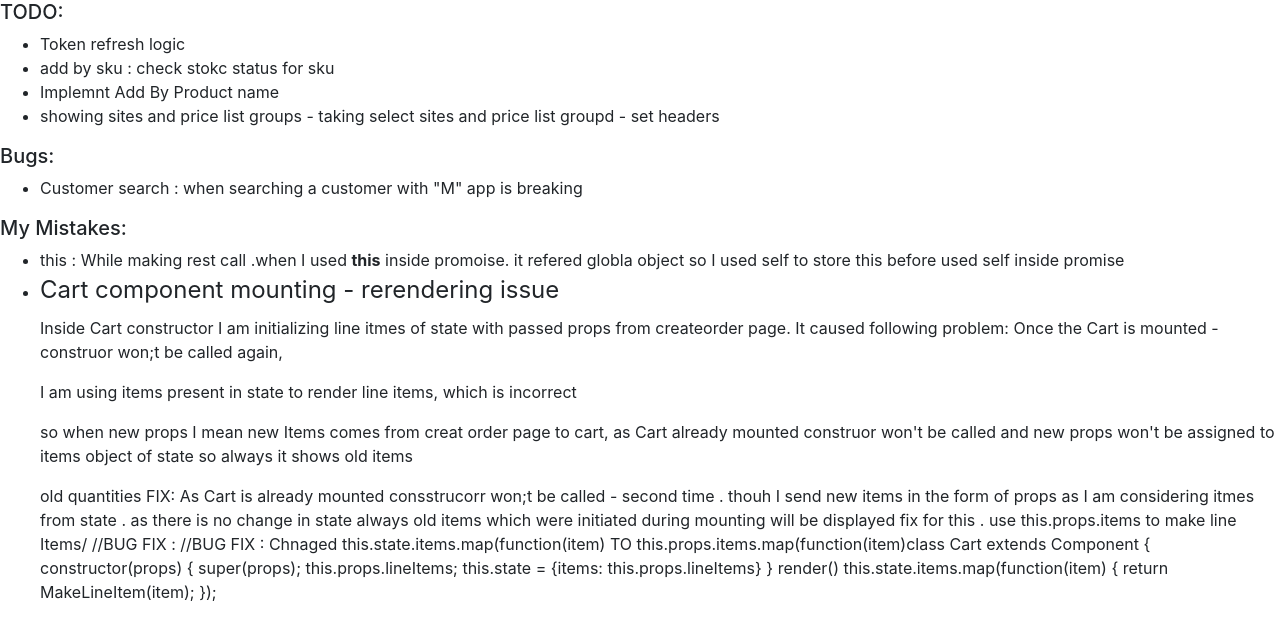
Repository: testtiger/reactagent
Page: /todo
The author's editor kept a copy of each file at every save. The page is drawn from the files as they stood at one save, then again after the next save.
The browser window is 1280 px wide. The pictures show the whole page.
The project was rebuilt for these pictures with package versions that can differ from the ones it lists, and the page was loaded fresh each time. Also part of the build but not shown: src/components/Agent/Rest/agent-rest-client.js, src/components/Agent/Dashboard/quicklinks.jsx, src/components/Agent/Dashboard/announcements.jsx, src/components/Agent/Dashboard/recentorders.jsx, src/components/Agent/Dashboard/pendingactions.jsx, src/components/Agent/Dashboard/DashboardPage.jsx, src/components/Agent/Shared/Navigation.jsx, src/components/Agent/Login/loginpage.jsx and 12 more.

Above is the page before, as saved 2018-12-15 16:48:45.

After the next save:
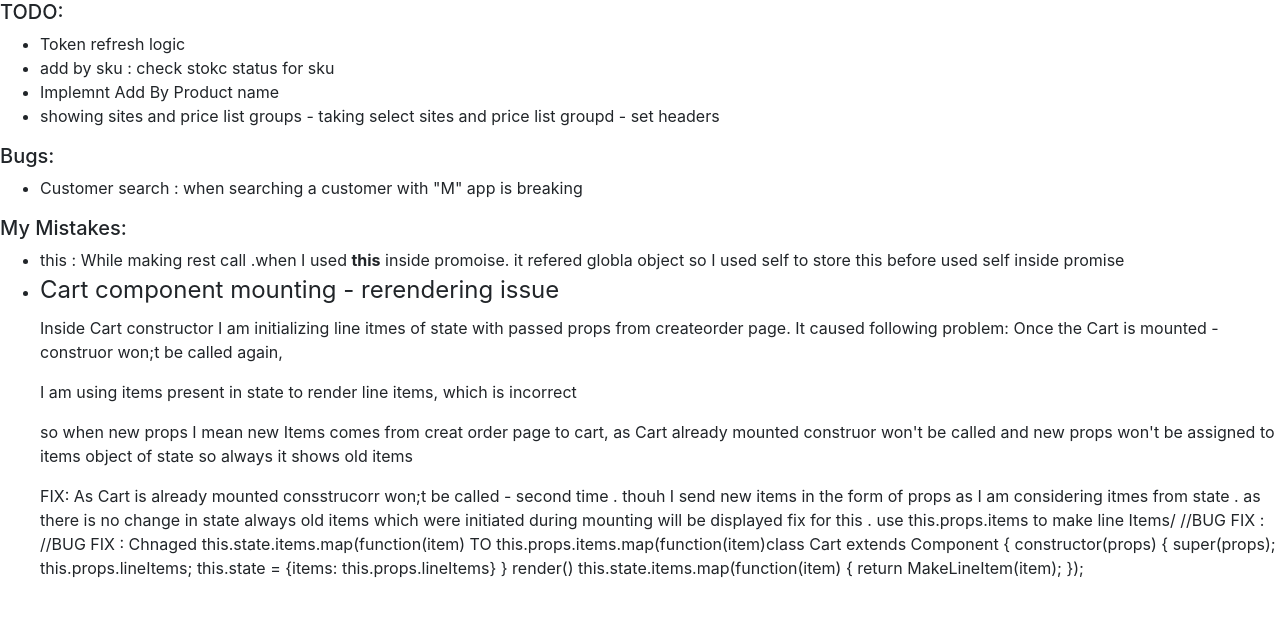
Saved 7 s later.
--- a/src/components/Agent/BugsTODO/TODO.jsx
+++ b/src/components/Agent/BugsTODO/TODO.jsx
@@ -44,7 +44,7 @@ export default class TODO extends Component {
                 new props won't be assigned to items object of state so
                 always it shows old items
               </p>
-              old quantities FIX: As Cart is already mounted consstrucorr won;t
+              FIX: As Cart is already mounted consstrucorr won;t
               be called - second time . thouh I send new items in the form of
               props as I am considering itmes from state . as there is no change
               in state always old items which were initiated during mounting
